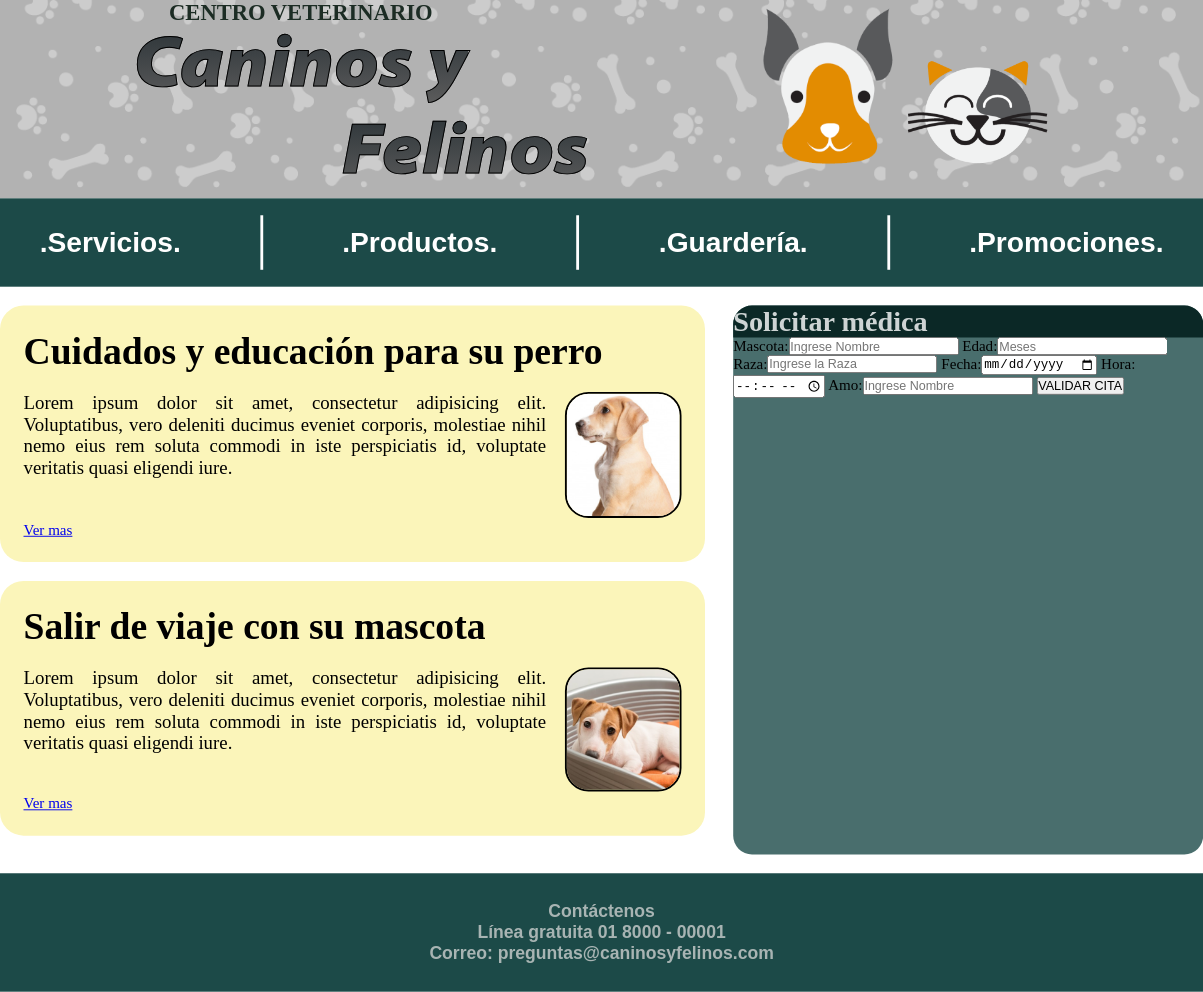
Repository: mariomr87/senaweb01
Page: principal.html
These files come from the project's save history. The page is drawn as it stood at one moment and after the next save; the edit follows.
The browser window is 1280 px wide. The pictures show the whole page, at 94% of full size.

Above is the page before, as saved 2021-10-23 11:30:59.

### principal.html
<!DOCTYPE html>
<html lang="en">
<head>
    <meta charset="UTF-8">
    <meta http-equiv="X-UA-Compatible" content="IE=edge">
    <meta name="viewport" content="width=device-width, initial-scale=1.0">
    <link rel="stylesheet" href="estilos.css">
    <title>Document</title>
</head>
<body>
    <div>
        <header>
            <div id="cabecera">
                <div class="header-text">
                    <h3>CENTRO VETERINARIO</h3>
                    <h1><span id="header-text-degrad">Caninos y <br><span id="text-felinos">Felinos</span></spa></h1>
                </div>
                <div class="header-img">
                    <img src="./imagenes/dog_white.png" alt="">
                    <img src="./imagenes/cat_white.png" alt="">
                </div>
            </div>
        </header>
        <nav>
            <td>
                <tr><a href="">.Servicios.</a><span class="linea"></span></tr>
                <tr><a href="">.Productos.</a><span class="linea"></span></tr>
                <tr><a href="">.Guardería.</a><span class="linea"></span></tr>
                <tr><a href="">.Promociones.</a></tr>
            </td>
        </nav>
        <div class="centro-pag">
            <section>
                <article>
                    <h2>Cuidados y educación para su perro</h2>
                    <div class="centropag-texto">
                        <p>Lorem ipsum dolor sit amet, consectetur adipisicing elit. Voluptatibus, vero deleniti ducimus eveniet corporis, molestiae nihil nemo eius rem soluta commodi in iste perspiciatis id, voluptate veritatis quasi eligendi iure.</p>
                        <div><img src="./imagenes/perro1.png" alt=""></div>
                    </div>
                    <a href="#">Ver mas</a>
                </article>
                <article>
                    <h2>Salir de viaje con su mascota</h2>
                    <div class="centropag-texto">
                        <p>Lorem ipsum dolor sit amet, consectetur adipisicing elit. Voluptatibus, vero deleniti ducimus eveniet corporis, molestiae nihil nemo eius rem soluta commodi in iste perspiciatis id, voluptate veritatis quasi eligendi iure.</p>
                        <div><img src="./imagenes/perro2.png" alt=""></div>
                    </div>
                    <a href="#">Ver mas</a>
                </article>
            </section>
            <aside>
                <form action="">
                    <div><h2>Solicitar médica</h2></div>
                    <div class="cuestionario">
                        <label for="mascota_name">Mascota:</label><input type="text" placeholder="Ingrese Nombre" id="">
                        <label for="age_pet">Edad:</label><input type="number" name="" id="" placeholder="Meses">
                        <label for="raza_pet">Raza:</label><input type="text" name="" id="" placeholder="Ingrese la Raza">
                        <label for="fecha_ingreso_pet">Fecha:</label><input type="date" name="" id="">
                        <label for="hora_ingreso_pet">Hora:</label><input type="time" name="" id="">
                        <label for="amo_pet">Amo:</label><input type="text" name="" id="" placeholder="Ingrese Nombre">
                        <button type="submit">VALIDAR CITA</button>
                    </div>
                </form>
            </aside>
        </div>
        <footer>
            <h3>Contáctenos</h3>
            <h3>Línea gratuita 01 8000 - 00001</h3>
            <h3>Correo: preguntas@caninosyfelinos.com</h3>
        </footer>
    </div>
</body>
</html>

### estilos.css
*{
    margin: 0px;
    padding: 0px;
}

@font-face {
    font-family: Myriad_Pro ;
    src: url(./extra/MyriadProBlackSemiExtendedItalic.otf);
}

h1{
    font-family: Myriad_pro;
}

header div img{
    width: 10em;
}

#cabecera{
    background-image: url("./imagenes/fondo.png");
    background-repeat: initial;
    width: 100%;
    display: flex;
    text-align: center;
}

.header-text,.header-img{
    width:50%;
}

.header-text h3{
    font-size: 1.5em;
    color:#1c2c24;
}

.header-text h1{
    font-size: 4.8em;
}

#header-text-degrad{
    background: linear-gradient(#30373b,#5c5c5c);
    -webkit-background-clip: text;
    -webkit-text-fill-color: transparent;
    -webkit-text-stroke: 1px black;
}

#text-felinos{
    margin-left: 350px;
}

nav{
    display: flex;
    flex-direction: row;
    justify-content: space-around;
    background: #1c4a48;
    margin-bottom: 20px;
}

nav a{
    color: #fff;
    font-weight: bold;
    text-decoration: none;
    font-size: 30px;
    font-family: Arial, Helvetica, sans-serif;
    padding: 30px 0;
}

.linea{
    border-right: 3px solid #fff;
    margin: 18px 0;
}

.centro-pag{
    display: flex;
}

.centropag-texto{
    display: flex;
    padding-top: 20px;
}

section{
    width: 60%;
    margin-right: 30px;
}

article{
    background: #fbf5ba;
    margin-bottom: 20px;
    padding: 25px;
    border-radius: 25px;
}

article h2{
    font-size: 40px;
}

article p{
    font-size: 20px;
    text-align: justify;
    padding-right: 20px;
}

article div img {
    width: 120px;
    border: 2px solid black;
    border-radius: 25px;
}

form{

}

form  div h2{
    background:#0b2826 ;
    border-radius: 20px 20px 0 0;
    color: #ced4d4;
    font-size: 30px;
}

form label{

}

aside{
    background: #496e6d;
    width: 40%;
    border-radius: 20px;
}

footer{
    text-align: center;
    background: #1c4a48;
    color: #a8b4b3;
    padding: 30px 0;
    font-family: Arial, Helvetica, sans-serif;
    margin-top: 20px;
}

After the next save:
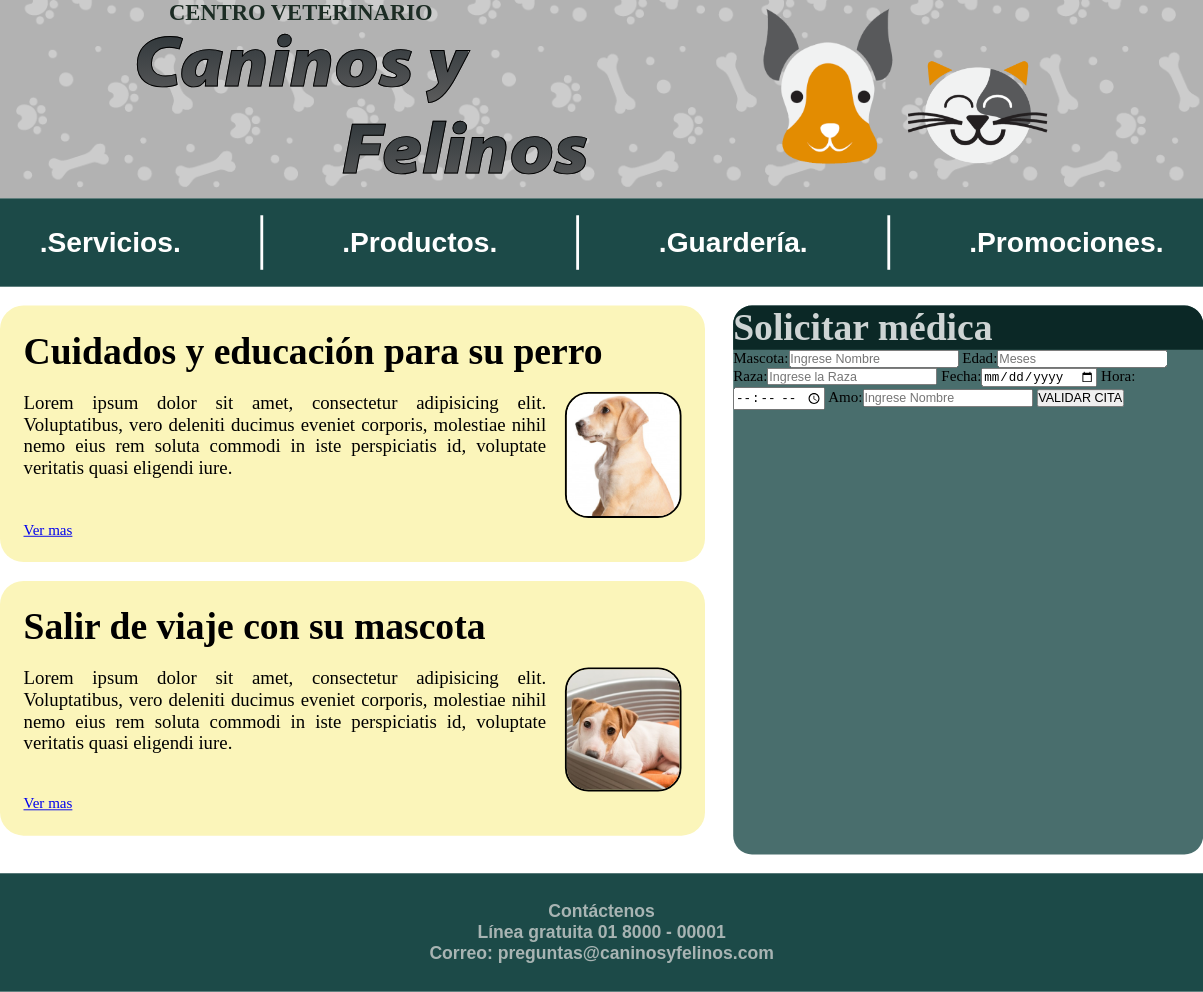
Saved 12 s later.
--- a/estilos.css
+++ b/estilos.css
@@ -115,7 +115,7 @@ form  div h2{
     background:#0b2826 ;
     border-radius: 20px 20px 0 0;
     color: #ced4d4;
-    font-size: 30px;
+    font-size: 40px;
 }
 
 form label{
